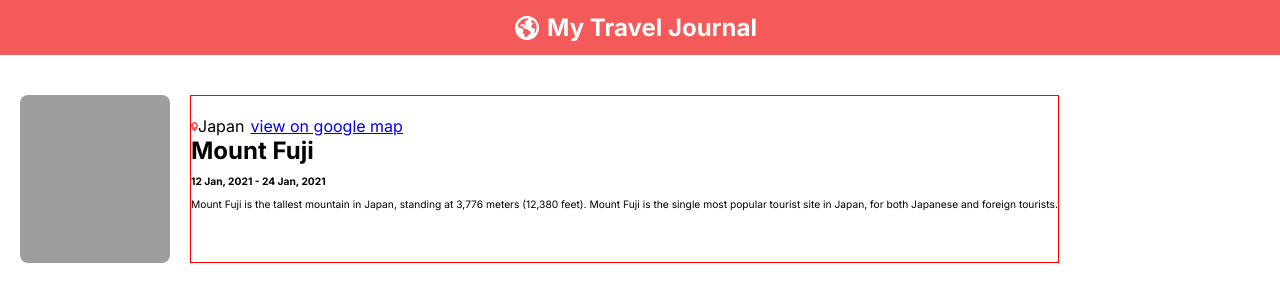
Repository: Richswag009/my-travel-journal
Page: /
The author's editor kept a copy of each file at every save. The page is drawn from the files as they stood at one save, then again after the next save.
The browser window is 1280 px wide. The pictures show the whole page.
Pictures or frames that could not be fetched are drawn as grey boxes. The project was rebuilt for these pictures with package versions that can differ from the ones it lists, and the page was loaded fresh each time. Also part of the build but not shown: src/component/Card.js.

Above is the page before, as saved 2022-06-18 14:42:28.

After the next save:
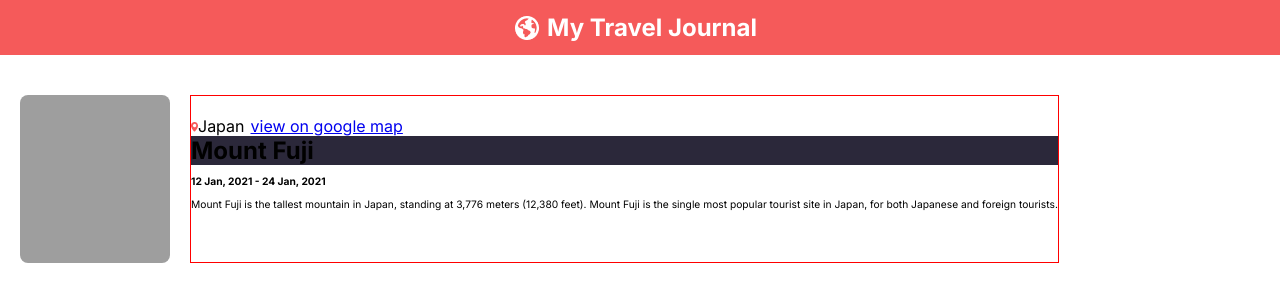
Saved 94 s later.
--- a/src/App.css
+++ b/src/App.css
@@ -43,7 +43,7 @@
     font-weight: 400;
     font-size: 10.24px;
     line-height: 15px;
-
-
+}.card h2{
+    background: #2B283A;
 
 }

After the save that followed:
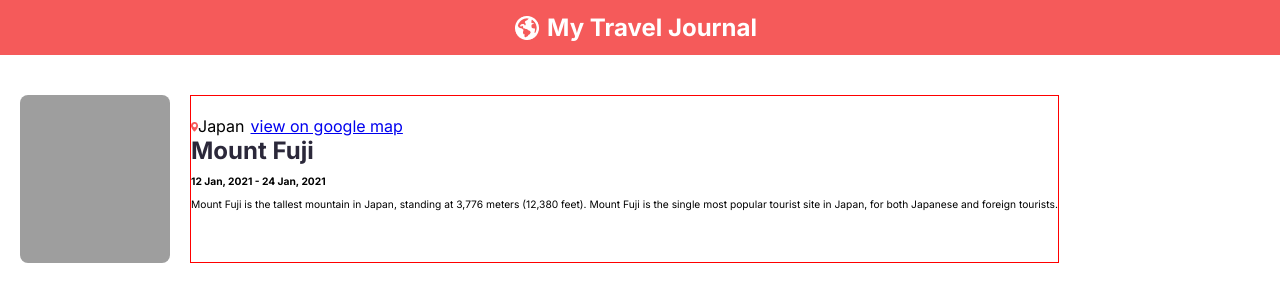
Saved 8 s later.
--- a/src/App.css
+++ b/src/App.css
@@ -44,6 +44,6 @@
     font-size: 10.24px;
     line-height: 15px;
 }.card h2{
-    background: #2B283A;
+    color: #2B283A;
 
 }
